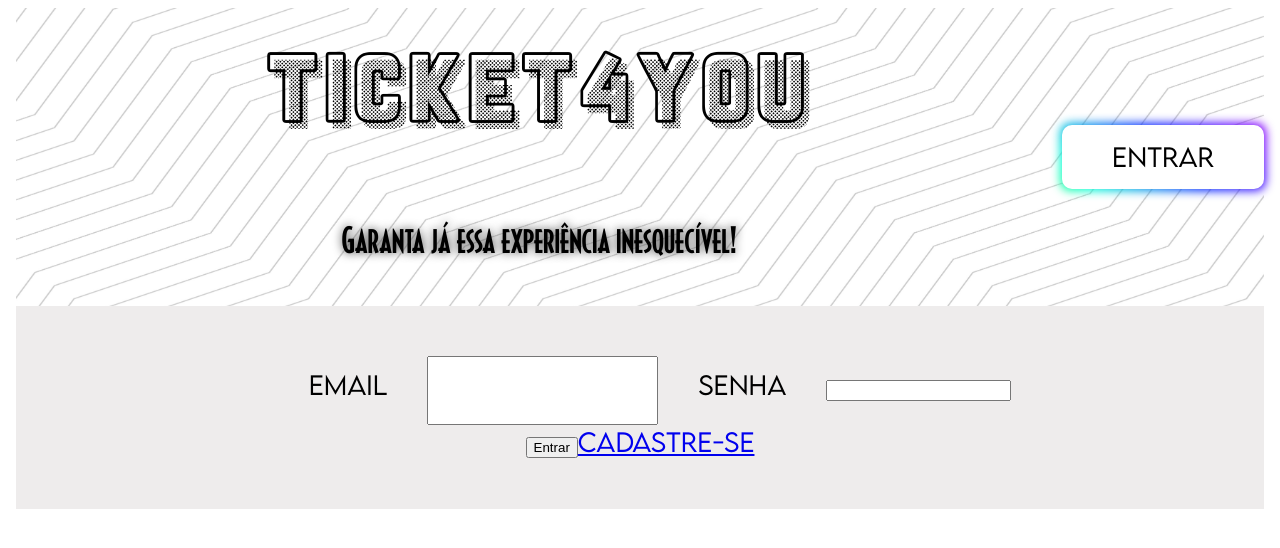
Repository: hellengurgaczz/projeto-DSA
Page: /login
An editor plug-in stored every save of this project. The page is shown before and after the next save, followed by the edit.
The browser window is 1280 px wide. The pictures show the whole page.
The project was rebuilt for these pictures with package versions that can differ from the ones it lists, and the page was loaded fresh each time. Some packages were replaced by stand-ins written for this rebuild. Also part of the build but not shown: angular.json, src/app/ingressos/templates/cadastrar/cadastrar.component.ts, src/app/models/ingresso.model.ts, src/app/services/ingresso.service.ts, src/app/compra/comprar-ingresso/comprar-ingresso.component.ts, src/app/models/compra.model.ts, src/app/services/compra.service.ts, src/app/ingressos/templates/deletar/deletar.component.ts and 3 more.

Above is the page before, as saved 2022-05-10 12:31:14.

### src/index.html
<!doctype html>
<html lang="en">
<head>
  <meta charset="utf-8">
  <title>ProjetoDSA</title>
  <base href="/">
  <meta name="viewport" content="width=device-width, initial-scale=1">
  <link rel="icon" type="image/x-icon" href="favicon.ico">
</head>
<body>
  <app-root></app-root>
</body>
</html>

### src/app/app.module.ts
import { NgModule } from '@angular/core';
import { BrowserModule } from '@angular/platform-browser';
import { HttpClientModule } from '@angular/common/http';

import { AppRoutingModule } from './app-routing.module';
import { BrowserAnimationsModule } from '@angular/platform-browser/animations';
import { AppComponent } from './app.component';
import { HeaderComponent } from './ingressos/templates/header/header.component';
import { CadastrarComponent } from './ingressos/templates/cadastrar/cadastrar.component';
import { ListarComponent } from './ingressos/templates/listar/listar.component';
import { DeletarComponent } from './ingressos/templates/deletar/deletar.component';
import { EditarComponent } from './ingressos/templates/editar/editar.component';

// imports angular material

import { FormsModule } from '@angular/forms';
import { ComprarIngressoComponent } from './compra/comprar-ingresso/comprar-ingresso.component';
import { LoginComponent } from './login/login.component';
import { LoginCadastroComponent } from './login/login-cadastro/login-cadastro.component';


@NgModule({
  imports: [
    BrowserModule,
    AppRoutingModule,
    HttpClientModule,
    BrowserAnimationsModule,
    FormsModule
  ],
  declarations: [
    AppComponent,
    HeaderComponent,
    CadastrarComponent,
    ListarComponent,
    DeletarComponent,
    EditarComponent,
    ComprarIngressoComponent,
    LoginComponent,
    LoginCadastroComponent
  ],
  providers: [],
  bootstrap: [AppComponent]
})
export class AppModule { }

### src/app/app-routing.module.ts
import { NgModule } from '@angular/core';
import { RouterModule, Routes } from '@angular/router';
import { CadastrarComponent } from './ingressos/templates/cadastrar/cadastrar.component';
import { ComprarIngressoComponent } from './compra/comprar-ingresso/comprar-ingresso.component';
import { DeletarComponent } from './ingressos/templates/deletar/deletar.component';
import { EditarComponent } from './ingressos/templates/editar/editar.component';
import { ListarComponent } from './ingressos/templates/listar/listar.component';
import { LoginComponent } from './login/login.component';
import { LoginCadastroComponent } from './login/login-cadastro/login-cadastro.component';

const routes: Routes = [
  {path: "", component: ListarComponent},
  {path: "cadastrar", component: CadastrarComponent},
  {path: "listar", component: ListarComponent},
  {path: "editar/:id", component: EditarComponent},
  {path: "deletar/:id", component: DeletarComponent},
  {path: "comprar/:id", component: ComprarIngressoComponent},
  {path: "login", component: LoginComponent},
  {path: "login/cadastro", component: LoginCadastroComponent}
];

@NgModule({
  imports: [RouterModule.forRoot(routes)],
  exports: [RouterModule]
})

export class AppRoutingModule { }

### src/app/app.component.ts
import { Component } from '@angular/core';

@Component({
  selector: 'app-root',
  templateUrl: './app.component.html',
  styleUrls: ['./app.component.css']
})
export class AppComponent {
  title = 'projeto-DSA';
}

### src/app/login/login.component.ts
import { Component, OnInit } from '@angular/core';
import { ActivatedRoute, Router } from '@angular/router';
import { Login } from '../models/login.model';
import { LoginService } from '../services/login.service';

@Component({
  selector: 'app-login',
  templateUrl: './login.component.html',
  styleUrls: ['./login.component.css']
})
export class LoginComponent implements OnInit {

  login: Login = new Login();

  constructor(private service: LoginService, private router: Router, private route: ActivatedRoute) { }

  ngOnInit(): void {

  }

  verificarLogin() {
    this.service.buscarLogin(this.login).subscribe(() => {
      this.router.navigate(['/listar']);
    });
  }

}

### src/app/app.component.html
<body>
  <app-header></app-header>

  <main>

    <router-outlet></router-outlet>

  </main>
</body>

### src/app/app.component.css
body {
    background-color: rgba(146, 132, 132, 0.151);
}

### src/app/ingressos/templates/header/header.component.html

<div class="header">
    <div class="titulo">
        <h1 style="font-weight: lighter;">
            TICKET4YOU
        </h1>
        <h4 class="desc">
            Garanta já essa experiência inesquecível!
        </h4>
    </div>
    <div class="login">
        <a routerLink="./login">Entrar</a>
    </div>
</div>

### src/app/ingressos/templates/header/header.component.css
div.header {
    display: flex;
    flex-direction: row;
    background-image: url(../fonts/SL_042620_30310_10.jpg);
    background-size: cover;
}

.titulo {
    display: flex;
    width: 95%;
    align-items: center;
    justify-content: center;
    flex-direction: column;
    font-size: 25px;
    font-family:AMP;
}

.desc{
  font-family: DecoturaICG;
  text-shadow: 0 0 10px #424242;
  font-size: 35px;
  font-weight: lighter
}

.login {
    display: flex;
    justify-content: end;
    align-items: center;
}

a{
  padding: 0.6em 2em;
  border: none;
  text-decoration: none;
  font-family: LEMONMILK-Light;
  font-size: 25px;
  outline: none;
  color: rgb(0, 0, 0);
  background: rgb(255, 255, 255);
  cursor: pointer;
  position: relative;
  z-index: 0;
  border-radius: 10px;
  user-select: none;
  -webkit-user-select: none;
  touch-action: manipulation;
}

a::before{
  content: "";
  background: linear-gradient(
    45deg,
    #ff0000,
    #ff7300,
    #fffb00,
    #48ff00,
    #00ffd5,
    #002bff,
    #7a00ff,
    #ff00c8,
    #ff0000
  );
  position: absolute;
  top: -2px;
  left: -2px;
  background-size: 400%;
  z-index: -1;
  filter: blur(5px);
  -webkit-filter: blur(5px);
  width: calc(100% + 4px);
  height: calc(100% + 4px);
  animation: glowing-button-85 20s linear infinite;
  transition: opacity 0.3s ease-in-out;
  border-radius: 10px;
}

a::after{
  z-index: -1;
  content: "";
  position: absolute;
  width: 100%;
  height: 100%;
  background: rgb(255, 255, 255);
  left: 0;
  top: 0;
  border-radius: 10px;
}

@font-face{
  font-family: AMP;
  src:url(../fonts/AMP.ttf)
}

@font-face{
  font-family: LEMONMILK-Light;
  src: url(../fonts/LEMONMILK-Light.otf);
}

@font-face{
  font-family: DecoturaICG;
  src: url(../fonts/DecoturaICG.ttf);
}

@keyframes glowing-button-85 {
  0% {
    background-position: 0 0;
  }
  50% {
    background-position: 400% 0;
  }
  100% {
    background-position: 0 0;
  }
}

### src/app/login/login.component.html
<div class="all">
    <label class="email" for="email">Email</label>
    <input type="text"  name="email" class="emailinput" [(ngModel)]="login.email">

    <label class="senha" for="senha">Senha</label>
    <input type="password"  name="email" class="senhainuput" [(ngModel)]="login.senha">

    <div>
        <button (click)="verificarLogin()">Entrar</button>
        <a routerLink="login/cadastro">Cadastre-se</a>
    </div>
</div>

### src/app/login/login.component.css
.all{
  font-family: LEMONMILKLight;
  font-size: 25px;
  text-align: center;
  padding: 50px;
}

.email{
  margin: 40px;
}

.senha{
  margin: 40px;
}

.emailinput{
  padding: 25px;
}

@font-face{
  font-family: LEMONMILKLight;
  src: url(fonts/LEMONMILK-Light.otf);
}

### src/app/models/login.model.ts
export class Login {
    id: number = 0;
    email?: string;
    senha?: string;
}

### src/app/services/login.service.ts
import { HttpClient } from '@angular/common/http';
import { Injectable } from '@angular/core';
import { Observable } from 'rxjs';
import { Login } from '../models/login.model';

@Injectable({
  providedIn: 'root'
})
export class LoginService {

  constructor(private http: HttpClient) { }

  URL = "http://localhost:3001/logins";


    buscarLogin(login : Login) : Observable<Login>{
      return this.http.get<Login>(this.URL + "/" + login.id);
    }

    cadastrarIngresso(login : Login) : Observable<any> {
      return this.http.post(this.URL, login);
    }
}

Loaded but not shown: src/styles.css (common file); src/main.ts (common file); src/environments/environment.ts (common file); src/app/ingressos/templates/header/header.component.ts (common file)

After the next save:
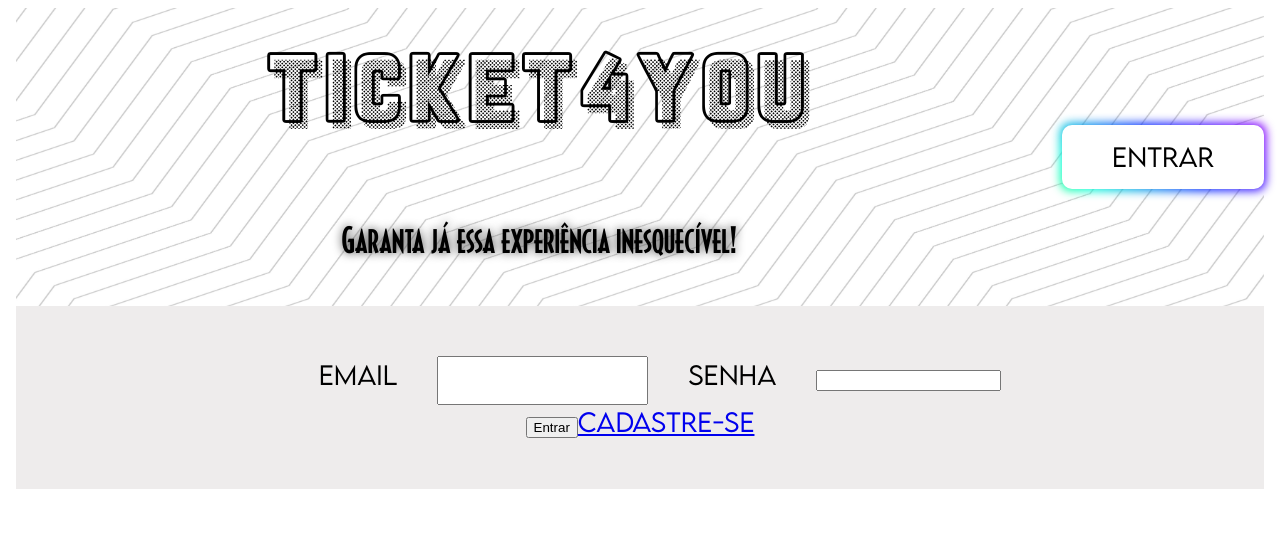
Saved 6 s later.
--- a/src/app/login/login.component.css
+++ b/src/app/login/login.component.css
@@ -14,7 +14,7 @@
 }
 
 .emailinput{
-  padding: 25px;
+  padding: 15px;
 }
 
 @font-face{
